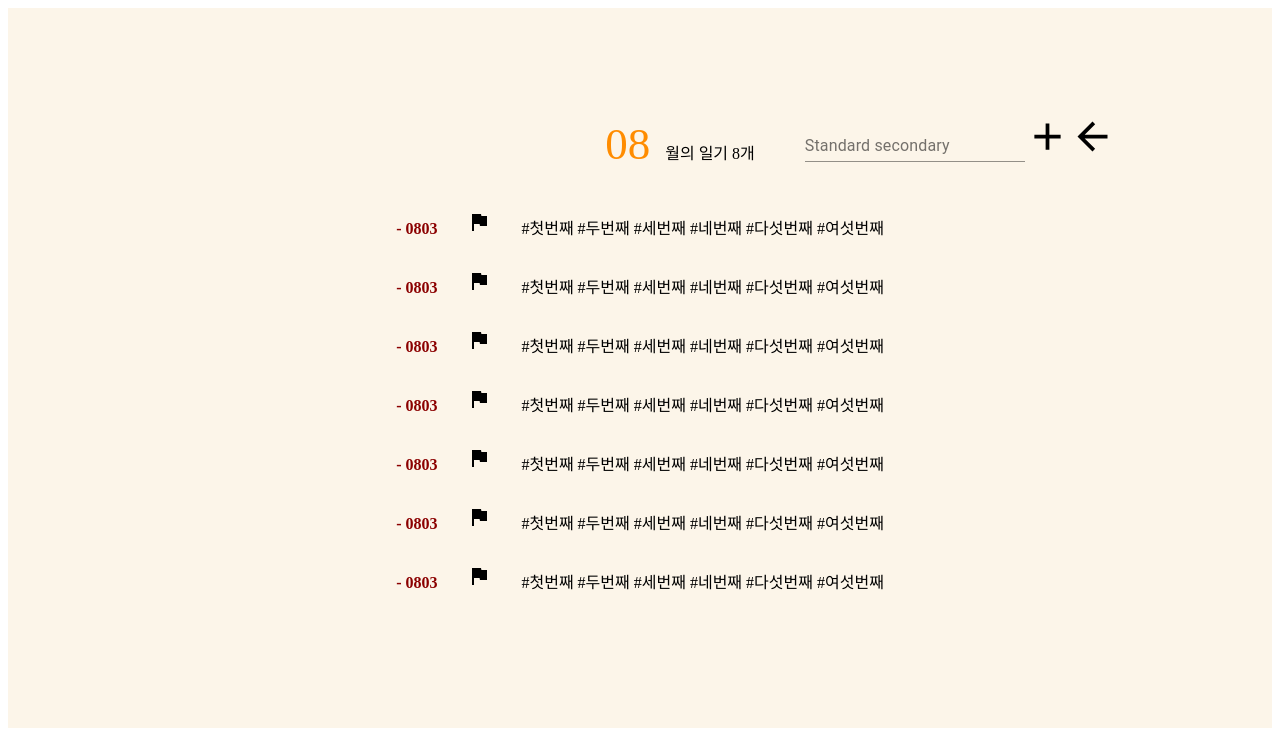
Repository: IMHANA/diary
Page: /list
The author's editor kept a copy of each file at every save. The page is drawn from the files as they stood at one save, then again after the next save.
The browser window is 1280 px wide. The pictures show the whole page.
The project was rebuilt for these pictures with package versions that can differ from the ones it lists, and the page was loaded fresh each time. Also part of the build but not shown: src/App.css, src/pages/Main/main.js, src/pages/Month/month.js.

Above is the page before, as saved 2021-08-05 17:44:26.

### src/App.js
import './App.css';
import React, { Component } from 'react'
import MainTemplates from './components/MainTemplates';

class App extends Component {
  render() {
    console.log('메인을 불러온다!')
    return (
      <div>
        <MainTemplates/>
      </div>
    )
  }
}

export default App;

### src/components/MainTemplates.js
import React, { Component } from 'react'
import Main from '../pages/Main/main';
import Month from '../pages/Month/month';
import DayList from '../pages/DayList/dayList';
import { BrowserRouter as Router, Route, Switch, Link} from 'react-router-dom';

export default class MainTemplates extends Component {
    render() {
        return (
            <Router>
                <Switch>
                    <Route exact path='/' component={Main}/>
                    <Route path='/monthly' component={ Month }/>
                    <Route path='/list' component={ DayList} />
                </Switch>
            </Router>
        )
    }
}

### src/pages/DayList/dayList.js
import React, { Component } from 'react';
import { Add, ArrowBack , Flag} from '@material-ui/icons'
import TextField from '@material-ui/core/TextField';
import '../DayList/dayList.css';

export default class dayList extends Component {
    render() {
        return (
            <div id='container'>
                <div id='sub_box'>
                    <div className='list_title'>
                        <span id='month'>08</span><span id='month_sub'>월의 일기 8개</span>
                        <TextField id="standard-secondary" label="Standard secondary" color="secondary" />
                        <Add style={{fontSize: '45px'}}/>
                        <ArrowBack style={{fontSize: '45px'}} />
                    </div>
                    <div id='title'

                    ></div>
                    <div>
                        <div className='list_box'>
                            <span className='date'>- 0803</span>
                            <Flag className='icon'/>
                            <span>#첫번째 #두번째 #세번째 #네번째 #다섯번째 #여섯번째</span>
                        </div>
                        <div className='list_box'>
                            <span className='date'>- 0803</span>
                            <Flag className='icon'/>
                            <span>#첫번째 #두번째 #세번째 #네번째 #다섯번째 #여섯번째</span>
                        </div>
                        <div className='list_box'>
                            <span className='date'>- 0803</span>
                            <Flag className='icon'/>
                            <span>#첫번째 #두번째 #세번째 #네번째 #다섯번째 #여섯번째</span>
                        </div>
                        <div className='list_box'>
                            <span className='date'>- 0803</span>
                            <Flag className='icon'/>
                            <span>#첫번째 #두번째 #세번째 #네번째 #다섯번째 #여섯번째</span>
                        </div>
                        <div className='list_box'>
                            <span className='date'>- 0803</span>
                            <Flag className='icon'/>
                            <span>#첫번째 #두번째 #세번째 #네번째 #다섯번째 #여섯번째</span>
                        </div>
                        <div className='list_box'>
                            <span className='date'>- 0803</span>
                            <Flag className='icon'/>
                            <span>#첫번째 #두번째 #세번째 #네번째 #다섯번째 #여섯번째</span>
                        </div>
                        <div className='list_box'>
                            <span className='date'>- 0803</span>
                            <Flag className='icon'/>
                            <span>#첫번째 #두번째 #세번째 #네번째 #다섯번째 #여섯번째</span>
                        </div>
                    </div>
                    <div>

                    </div>
                </div>
            </div>
        )
    }
}

### src/pages/Main/main.css
#container {
    display: flex;
    flex-direction:column;

    height: 100vh;

    justify-content: center;
    align-items: center;
    background-color:rgb(252, 245, 233);
}

input[placeholder] {
    text-align: center;
    width: 150px;
    height: 35px;
    margin-bottom: 10px;
}

#login_btn, #sign_up_btn {
    width: 50px;
    height: 50px;
    border-radius: 50%;
    outline: none;
    border: none;
}

#btn_box {
    display: flex;
    justify-content: space-around;
    width: 150px;

}

#login_btn {
    background-color: rgb(255, 182, 45);
    margin-left: 50px;
}
#sign_up_btn {
    background-color: rgb(55, 137, 139);
}

#login_btn:hover {
    cursor: pointer;
    background-color: rgb(218, 153, 35);
}
#sign_up_btn:hover {
    cursor: pointer;
    background-color: rgb(51, 123, 124);
}

### src/pages/Month/month.css
#container {
    margin: 0;
    display: flex;
    flex-direction: column;
    justify-content: center;
    align-items: center;
}

.month_box_container {
    display: flex;
    width: 990px;
    height: 150px;
}
.month_box_container .calendar-item {
    /* display: inline-block; */
    border: 1px solid rgb(243, 243, 243);
    flex:1;
    padding-top: 10px;
    padding-left: 15px;
}

.month_box_container .calendar-item span.title{
    font-size: 40px;
    color:darkgrey;
    cursor: pointer;
    /* margin-top: 10px;
    margin-bottom: 10px; */
}

.month_box_container .calendar-item span.title:hover{
    color:rgb(252, 169, 76);
}

/* .first-floor span.title{
    color: red;
    height: 40px;
} */

#year_row {
    margin-top: 50px;
}

#year_row span {
    padding: 0 15px 0 15px;
}

### src/pages/DayList/dayList.css
#container {
    display: flex;
    flex-direction: column;
    justify-content: center;
    align-items: center;
    height: 100vh;

}

.list_title {
    margin-bottom: 40px;
}

#month {
    color:darkorange;
    font-size: 45px;
    margin-left: 440px;
}

#month_sub {
    margin: 0 50px 0 15px;
}

#sub_box {
    display: flex;
    flex-direction: column;
    justify-content: center;
    align-items: center;
}
.list_box {
    margin-bottom: 30px;
}
.icon {
    padding: 0 30px 0 30px;
}

.date {
    font-weight: bolder;
    color:darkred;
}

Loaded but not shown: public/index.html (common file); src/index.js (common file)

After the next save:
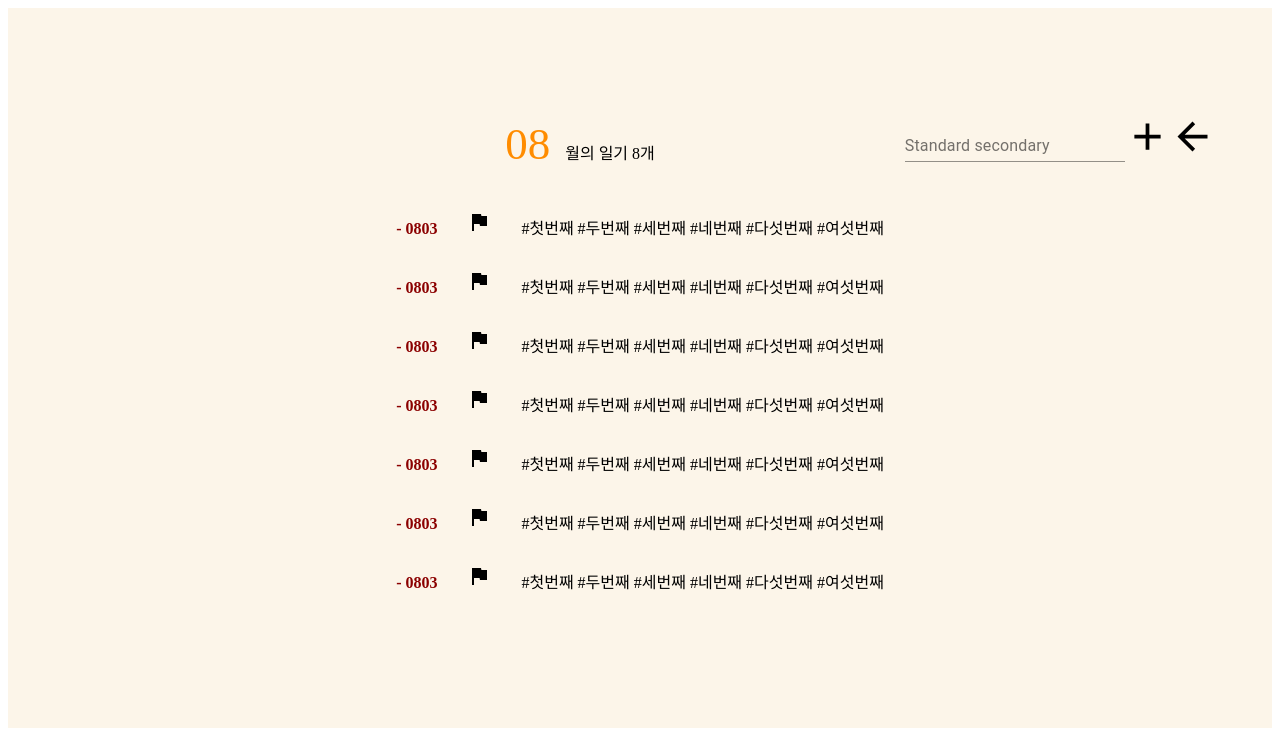
Saved 12 s later.
--- a/src/pages/DayList/dayList.css
+++ b/src/pages/DayList/dayList.css
@@ -18,7 +18,7 @@
 }
 
 #month_sub {
-    margin: 0 50px 0 15px;
+    margin: 0 250px 0 15px;
 }
 
 #sub_box {

After the save that followed:
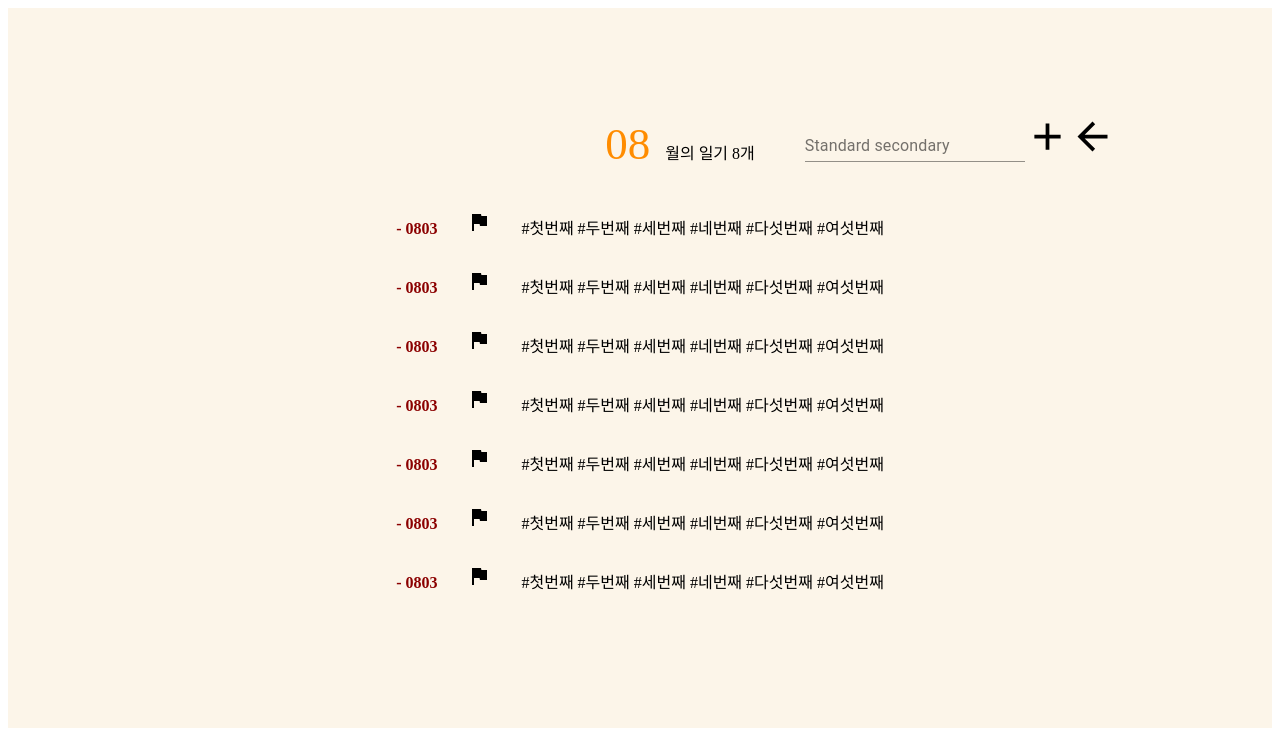
Saved 4 s later.
--- a/src/pages/DayList/dayList.css
+++ b/src/pages/DayList/dayList.css
@@ -18,7 +18,7 @@
 }
 
 #month_sub {
-    margin: 0 250px 0 15px;
+    margin: 0 50px 0 15px;
 }
 
 #sub_box {
